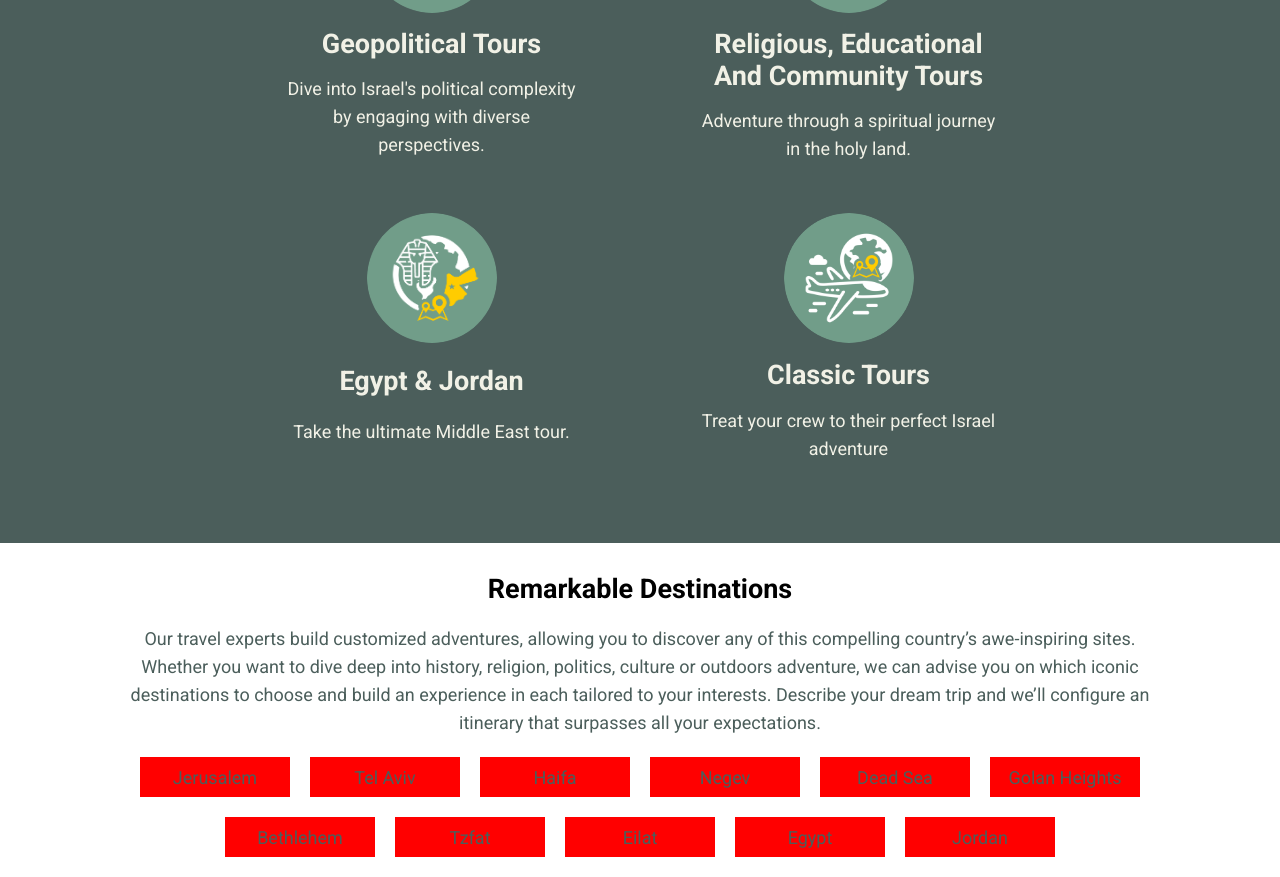
Repository: Pafestivo/realIsraelTours
Page: / (app in frontend/)
An editor plug-in stored every save of this project. The page is shown before and after a run of saves, followed by the edit.
The browser window is 1280 px wide. The pictures show the part of the page from y = 1351 to 2303 px (the page is 2228 px tall before and 2303 px after).
The project was rebuilt for these pictures with package versions that can differ from the ones it lists, and the page was loaded fresh each time. The framework's server and built-in components were replaced by stand-ins that run in the browser. Also part of the build but not shown: frontend/next.config.js. Imported but missing from the stored project, and not drawn on this page: frontend/src/assets/videoBG.mp4.

Above is the page before, as saved 2023-09-20 16:46:43.

### frontend/src/app/layout.tsx
import type { Metadata } from "next";
import "@/styles/globals.css";
import { roboto } from "@/app/fonts";
import { config } from "@fortawesome/fontawesome-svg-core";
import "@fortawesome/fontawesome-svg-core/styles.css";
config.autoAddCss = false; // Tell Font Awesome to skip adding the CSS automatically since it's being imported above

export const metadata: Metadata = {
  title: "Real Israel Tours",
  description: "Plan your next tour",
};

export default function RootLayout({
  children,
}: {
  children: React.ReactNode;
}) {
  return (
    <html lang="en">
      <body className={roboto.className}>
        <div style={{ overflowX: "hidden" }}>{children}</div>
      </body>
    </html>
  );
}

### frontend/src/app/page.tsx
import Header from "@/components/Header";
import "@/styles/homePage.css";
import BackgroundVideo from "@/components/BackgroundVideo";
import ScrollArrow from "@/components/ScrollArrow";
import TripCard from "@/components/TripCard";
import geoPoliticalIcon from "@/assets/Geopolitical-icon.png";
import religious from "@/assets/Religious-and-educational.png";
import egpyt from "@/assets/Egypt-and-Jordan.png";
import classicTours from "@/assets/classic-tours.png";
import Destinations from "@/components/Destinations";

export default function Home() {
  return (
    <div>
      <Header currentlyActivePage="Home" />
      <div className="cta-div">
        <div className="content">
          <h1>Custom made Israeli adventures</h1>
          <button>
            <span></span>Start Your Journey
          </button>
          <ScrollArrow />
        </div>
        <BackgroundVideo />
      </div>
      <div className="pageContainer">
        <section className="whyTravelWithUs">
          <h1>Why Travel With Real Israel Tours?</h1>
          <p className="info-block">
            We craft experiences that speak to our participants. We are
            long-time hands-on professionals who thoroughly get to know our
            clients and dedicate ourselves optimizing each moment to
            specifically match its participants.
          </p>
          <p className="info-block">
            After 8 years, we have a vast and high-quality network of trusted
            connections with every type of activity, site, and speaker the
            country can offer, waiting to be meticulously chosen and built into
            another cohesive journey.
          </p>
          <p className="info-block">
            Our staff is also passionate about the inspirational potential of
            Israel experiences and prides themselves on their ability to create
            profound impact, every time. They are invested, from each logistical
            detail running smoothly to fostering your group’s overall sense of
            community.
          </p>
          <p className="info-block">
            Whatever your precise interests, we guarantee trips that explore
            Israel deep beneath the surface, to the Real Israel, the one that
            empowers us to think, feel, enjoy, and connect.
          </p>
        </section>

        <section className="tripTypes">
          <TripCard
            image={geoPoliticalIcon}
            tripName="Geopolitical Tours"
            tripDescription="Dive into Israel's political complexity by engaging with diverse perspectives."
          />

          <TripCard
            image={religious}
            tripName="Religious, Educational And Community Tours"
            tripDescription="Adventure through a spiritual journey in the holy land."
          />

          <TripCard
            image={egpyt}
            tripName="Egypt & Jordan"
            tripDescription="Take the ultimate Middle East tour."
          />

          <TripCard
            image={classicTours}
            tripName="Classic Tours"
            tripDescription="Treat your crew to their perfect Israel adventure"
          />
        </section>

        <section className="destinations">
          <Destinations />
        </section>
      </div>
    </div>
  );
}

### frontend/src/styles/globals.css
:root {
  --main-bg-color: #4b5e5b;
  --main-title-color: #F1F1E6;
  --main-text-color: #F1F1E6;
  --accent-orange: #ffc03f;
  --hover-accent-orange: #bd7e00;
}

* {
  padding: 0;
  margin: 0;
  box-sizing: border-box;
}

body {
  font-size: 18px;
  background-color: var(--main-bg-color);
  overflow-x: hidden;
}

p {
  line-height: 28px;
}

a {
  color: inherit;
  text-decoration: none;
}

section {
  margin: 30px 0;
  padding: 20px 120px;
  border: none;
}

.mobile-only {
  display: none;
}

.desktop-only {
  display: block;
}

.activated {
  color: var(--accent-orange);
}

@media screen and (max-width: 768px) {
  section {
    padding: 20px 10px;
  }

  .mobile-only {
    display: block;
  }

  .desktop-only {
    display: none;
  }
}

### frontend/src/app/fonts.tsx
import { Inter, Merriweather, Roboto } from "next/font/google";

export const inter = Inter({ subsets: ["latin"] });

export const merriweather = Merriweather({
  weight: ["400", "700"],
  style: ["normal", "italic"],
  subsets: ["latin"],
  display: "swap",
});

export const roboto = Roboto({
  weight: ["400", "700"],
  style: ["normal", "italic"],
  subsets: ["latin"],
  display: "swap",
});

// export const Mooli = Mooli({
//   weight: ["400", "700"],
//   style: ["normal", "italic"],
//   subsets: ["latin"],
//   display: "swap",
// });

### frontend/src/components/Header.tsx
"use client";
import React, { useEffect, useState } from "react";
import Image from "next/image";
import logo from "@/assets/logo.png";
import "@/styles/header.css";
import Link from "next/link";

interface HeaderProps {
  currentlyActivePage: string;
}

const Header = ({ currentlyActivePage }: HeaderProps) => {
  const [isMenuOpen, setMenuOpen] = useState(false);
  const [isScrolled, setIsScrolled] = useState(false);

  const toggleMenu = () => {
    setMenuOpen(!isMenuOpen);
  };

  useEffect(() => {
    const handleScroll = () => {
      setIsScrolled(window.scrollY > 100);
    };

    window.addEventListener("scroll", handleScroll);

    return () => {
      window.removeEventListener("scroll", handleScroll);
    };
  }, []);

  return (
    <div className={`header ${isScrolled ? "" : "transparent"}`}>
      <Link href="/">
        <Image className="headerLogo" src={logo} alt="logo" />
      </Link>
      <div className={`navbar ${isMenuOpen ? "open" : ""}`}>
        <button onClick={toggleMenu} className="close-button">
          ✕
        </button>{" "}
        <Link
          className={currentlyActivePage === "Home" ? "activated" : ""}
          href="/"
        >
          Home
        </Link>
        <Link
          className={currentlyActivePage === "Tours" ? "activated" : ""}
          href="/"
        >
          Tours
        </Link>
        <Link
          className={currentlyActivePage === "Gallery" ? "activated" : ""}
          href="/"
        >
          Gallery
        </Link>
        <Link
          className={currentlyActivePage === "AboutUs" ? "activated" : ""}
          href="/"
        >
          About Us
        </Link>
        <Link
          className={currentlyActivePage === "ContactUs" ? "activated" : ""}
          href="/"
        >
          Contact Us
        </Link>
        <hr className="mobile-only" />
        <p className="mobile-only">+972 52 335 5687</p>
        <p className="mobile-only">Elad@realisraeltours.com</p>
        <button className="inquire mobile-only">Inquire Now</button>
      </div>
      <button onClick={toggleMenu} className="hamburger">
        ☰
      </button>
      <button className="inquire desktop-only">Inquire Now</button>
    </div>
  );
};

export default Header;

### frontend/src/styles/homePage.css
.pageContainer {
  display: flex;
  flex-direction: column;
  justify-content: center;
  margin: 0 auto;
  padding: 0;
  max-width: 1450px;
  text-align: center;
  color: var(--main-text-color);
}

.cta-div {
  height: 100vh;
  width: 100vw;
  display: flex;
  justify-content: center;
  align-items: center;
}

.content {
  position: absolute;
  display: flex;
  flex-direction: column;
  justify-content: center;
  align-items: center;
  padding: 40px 0;
  width: 100vw;
  height: 100vh;
  background-color: rgba(0, 0, 0, 0.3);
  row-gap: 40px;
  overflow-x: hidden;
  text-align: center;
}

.content h1 {
  font-size: 5em;
}

.content button {
  font-size: 1.4em;
  padding: 14px 40px;
  border-radius: 5px;
  z-index: 1;
  position: relative;
  overflow: hidden;
}

/* an hover effect for two arrows and then rectangle */
.content button::before {
  content: "";
  position: absolute;
  top: 0;
  left: -100%;
  width: 50%;
  height: 100%;
  background-color: var(--hover-accent-orange);
  transition: all 0.5s ease-in-out;
  z-index: -1;
  clip-path: polygon(0% 0%, 100% 50%, 0% 100%);
}

.content button span {
  content: "";
  position: absolute;
  top: 0;
  left: -200%;
  width: 50%;
  height: 100%;
  background-color: var(--hover-accent-orange);
  transition: all 0.5s ease-in-out 0.16s;
  z-index: -1;
  clip-path: polygon(0% 0%, 100% 50%, 0% 100%);
}

.content button::after {
  content: "";
  position: absolute;
  top: 0;
  left: -300%;
  width: 100%;
  height: 100%;
  background-color: var(--hover-accent-orange);
  transition: all 0.5s ease-in-out 0.22s;
  z-index: -1;
}

.content button:hover::before {
  left: 100%;
}

.content button:hover span {
  left: 100%;
}

.content button:hover::after {
  left: 0;
}

.content button:hover {
  color: white;
}
/* end of arrows effect */


.content .arrow-down {
  position: absolute;
  color: var(--accent-orange);
  font-size: 3em;
  bottom: 20px;
}

h1 {
  color: var(--main-title-color);
}

.whyTravelWithUs {
  display: flex;
  flex-direction: column;
  row-gap: 20px;
}

.tripTypes {
  display: grid;
  grid-template-columns: 1fr 1fr;
  width: 80%;
  align-self: center;
  row-gap: 80px;
  column-gap: 50px;
  justify-content: center;
  align-items: center;
  place-items: center;
}

.destinations {
  background-color: white;
  width: 100vw;
  margin-bottom: 0;
  padding-top: 30px;
}

@media screen and (max-width: 768px) {
  .content h1 {
    font-size: 3em;
  }

  .content .arrow-down {
    font-size: 1.3em;
  }

  .tripTypes {
    grid-template-columns: 1fr;
  }

  .destinations {
    padding: 50px 20px;
  }
}

@media screen and (min-width: 1440px) {
  .tripTypes {
    width: 130%;
    grid-template-columns: 1fr 1fr 1fr 1fr;
    overflow-x: visible;
  }
}

### frontend/src/components/BackgroundVideo.tsx
import videoBG from "@/assets/videoBG.mp4";
import "@/styles/backgroundVideo.css";

export default function BackgroundVideo() {
  return (
    <video autoPlay muted loop>
      <source className="background-video" src={videoBG} type="video/mp4" />
    </video>
  );
}

### frontend/src/components/ScrollArrow.tsx
"use client";
import React, { useState, useEffect } from "react";
import { FontAwesomeIcon } from "@fortawesome/react-fontawesome";
import { faArrowDown } from "@fortawesome/free-solid-svg-icons";

const ScrollArrow = () => {
  const [showArrow, setShowArrow] = useState(true); // State to control arrow visibility

  useEffect(() => {
    // Function to handle scroll event
    const handleScroll = () => {
      if (window.scrollY > 0 && showArrow) {
        setShowArrow(false); // Hide the arrow if the user starts scrolling
      }
    };

    // Attach the scroll event listener
    window.addEventListener("scroll", handleScroll);

    // Cleanup: remove the event listener when the component unmounts
    return () => {
      window.removeEventListener("scroll", handleScroll);
    };
  }, [showArrow]); // Re-run the effect if showArrow changes

  return showArrow ? (
    <FontAwesomeIcon className="arrow-down" icon={faArrowDown} bounce />
  ) : null;
};

export default ScrollArrow;

### frontend/src/components/TripCard.tsx
import Image, { StaticImageData } from "next/image";
import React from "react";
import "@/styles/tripCard.css";

interface tripCardProps {
  image: StaticImageData;
  tripName: string;
  tripDescription: string;
}

const TripCard = ({ image, tripName, tripDescription }: tripCardProps) => {
  return (
    <div className="tripCard">
      <Image className="tripIcon" src={image} alt="tripIcon" />
      <h2>{tripName}</h2>
      <p>{tripDescription}</p>
    </div>
  );
};

export default TripCard;

### frontend/src/components/Destinations.tsx
"use client";

import React, { useState } from "react";
import "@/styles/destinations.css";

const Destinations = () => {
  const [activeTab, setActiveTab] = useState("Jerusalem");

  return (
    <div className="destinations-div">
      <h1>Remarkable Destinations</h1>
      <p>
        Our travel experts build customized adventures, allowing you to discover
        any of this compelling country’s awe-inspiring sites. Whether you want
        to dive deep into history, religion, politics, culture or outdoors
        adventure, we can advise you on which iconic destinations to choose and
        build an experience in each tailored to your interests. Describe your
        dream trip and we’ll configure an itinerary that surpasses all your
        expectations.
      </p>
      <div className="destinations-options">
        <div>Jerusalem</div>
        <div>Tel Aviv</div>
        <div>Haifa</div>
        <div>Negev</div>
        <div>Dead Sea</div>
        <div>Golan Heights</div>
        <div>Bethlehem</div>
        <div>Tzfat</div>
        <div>Eilat</div>
        <div>Egypt</div>
        <div>Jordan</div>
      </div>
    </div>
  );
};

export default Destinations;

### frontend/src/styles/header.css
.header {
  position: absolute;
  width: 100vw;
  display: flex;
  justify-content: space-between;
  align-items: center;
  background-color: rgba(0, 0, 0, 0.3);
  transition: background-color 0.3s ease;
  padding: 20px 40px;
  z-index: 1000;
}

.header.transparent {
  background-color: rgba(0, 0, 0, 0.3);
}

.headerLogo {
  width: 200px;
  height: auto;
}

.navbar {
  display: flex;
  font-size: 1.1em;
  justify-content: space-around;
  align-items: center;
  column-gap: 20px;
  color: white;
}

button {
  background-color: var(--accent-orange);
  border: none;
  font-size: 1.15em;
  padding: 10px 20px;
  cursor: pointer;
  border-radius: 5px;
}

.hamburger {
  display: none;
}

.close-button {
  font-size: 1.5em;  /* Increase size for tap-ability */
  background: none;
  border: none;
  color: white;  /* Make it the same color as the text for harmony */
  cursor: pointer;
  position: absolute;  /* Absolute position within the navbar */
  top: 15px;  /* Position from the top */
  right: 15px;  /* Position from the right */
  padding: 5px;  /* A little padding to make it more tap-able */
  z-index: 10;  /* Just in case, to make it appear above all other items */
}

@media screen and (min-width: 769px) {
  .close-button {
    display: none;
  }
}

@media screen and (max-width: 768px) {
  .navbar {
    position: fixed;
    right: -120%;
    top: 0;
    bottom: 0;
    width: 100vw;
    font-size: 1.3em;
    flex-direction: column;
    background-color: rgba(255, 192, 63, 0.9);
    color: black;
    transition: right 0.3s ease-in-out;
    justify-content: flex-start;
    align-items: center;
    row-gap: 20px;
    padding: 110px 0; /* Reduced right/left padding */
    font-size: 1.4em; /* Increased font size for better readability */
    background-color: #333;  /* Darker background */
    color: white; /* Keep text color white for contrast */
    row-gap: 30px; /* Increased gap between rows for breathing space */
  }

  /* Adding a hover effect to indicate interactivity */
  .navbar a:hover,
  .navbar button:hover {
    color: var(--accent-orange); /* Add your own accent color */
  }

  .navbar.open {
    right: 0;
  }

  .hamburger {
    display: block;
  }
}

/* Media query for very large screens */
@media screen and (min-width: 1440px) {
  .navbar {
    font-size: 1.5em;
  }

  button {
    font-size: 1.5em;
  }
}

### frontend/src/styles/backgroundVideo.css
video {
  width: 100%;
  height: 100%;
  object-fit: cover;
}

### frontend/src/styles/tripCard.css
.tripCard {
  display: grid;
  grid-template-rows: 2fr 1fr 1fr;
  flex-direction: column;
  justify-content: center;
  align-items: center;
  place-items: center;
  row-gap: 15px;
  max-width: 300px;
  height: 250px;
  cursor: pointer;
  transition: all 0.2s ease-in-out;
}

.tripIcon {
  width: 130px;
  height: 130px;
  border-radius: 50%;
}

.tripCard:hover {
  transform: scale(1.1)
}

.tripCard p {
  align-self: flex-start;
}

.tripCard:hover h2,
.tripCard:hover p {
  color: var(--accent-orange);
}

### frontend/src/styles/destinations.css
.destinations-div {
  display: flex;
  flex-direction: column;
  row-gap: 20px;
  justify-self: center;
  color: #4b5e5b;
}

.destinations-div h1 {
  color: black;
}

.destinations-options {
  display: flex;
  flex-wrap: wrap;
  justify-content: center;
  align-items: center;
  gap: 20px;
}

.destinations-options > * {
  display: flex;
  justify-content: center;
  align-items: center;
  /* background-color: #f8f8f8; */
  background-color: red;
  width: 150px;
  height: 40px;
}

After the next 4 saves:
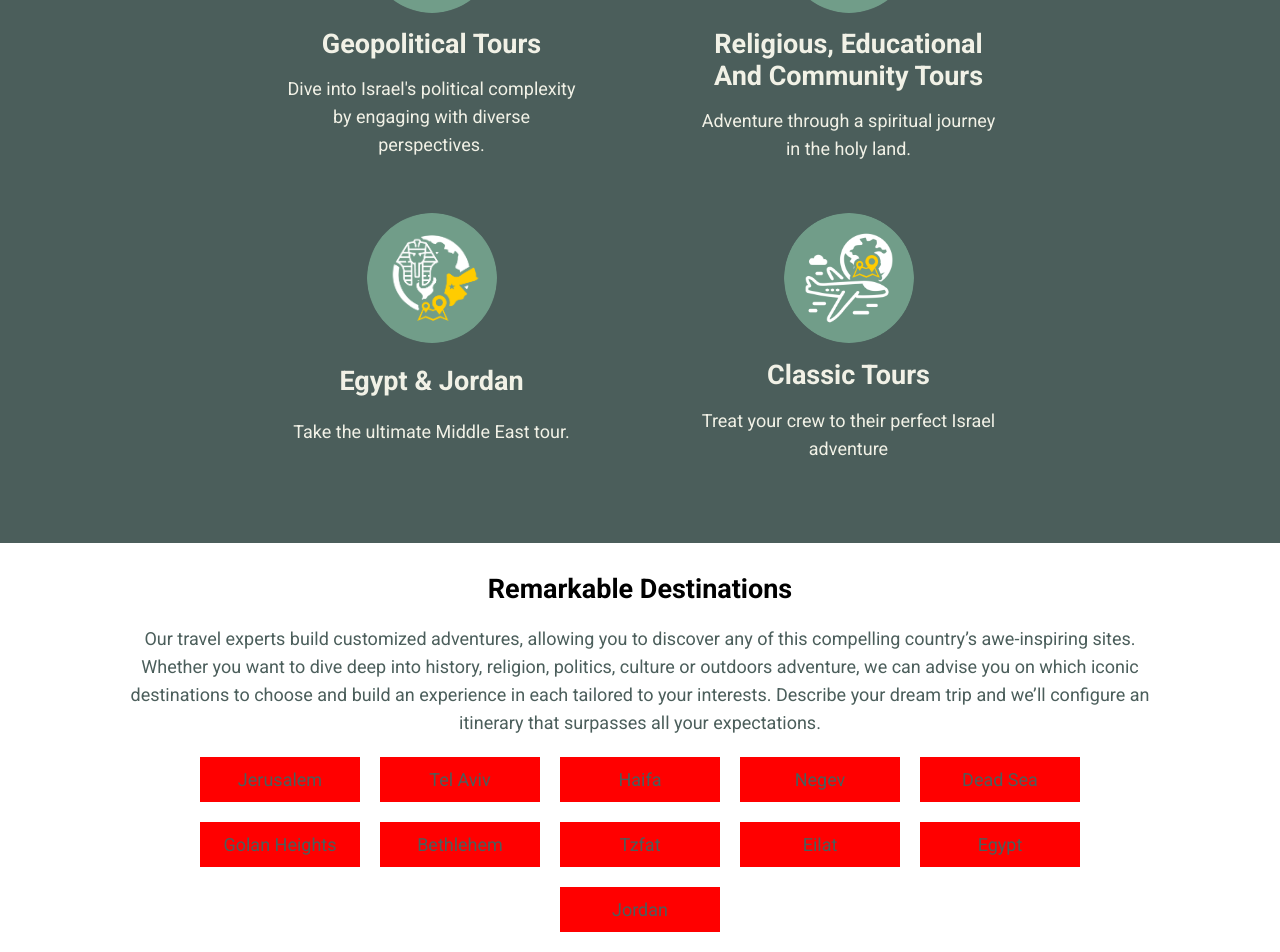
The 4 saves are shown as one change because they came seconds apart.
The last was saved 15 s later.
--- a/frontend/src/styles/destinations.css
+++ b/frontend/src/styles/destinations.css
@@ -24,6 +24,6 @@
   align-items: center;
   /* background-color: #f8f8f8; */
   background-color: red;
-  width: 150px;
-  height: 40px;
+  width: 160px;
+  height: 45px;
 }
